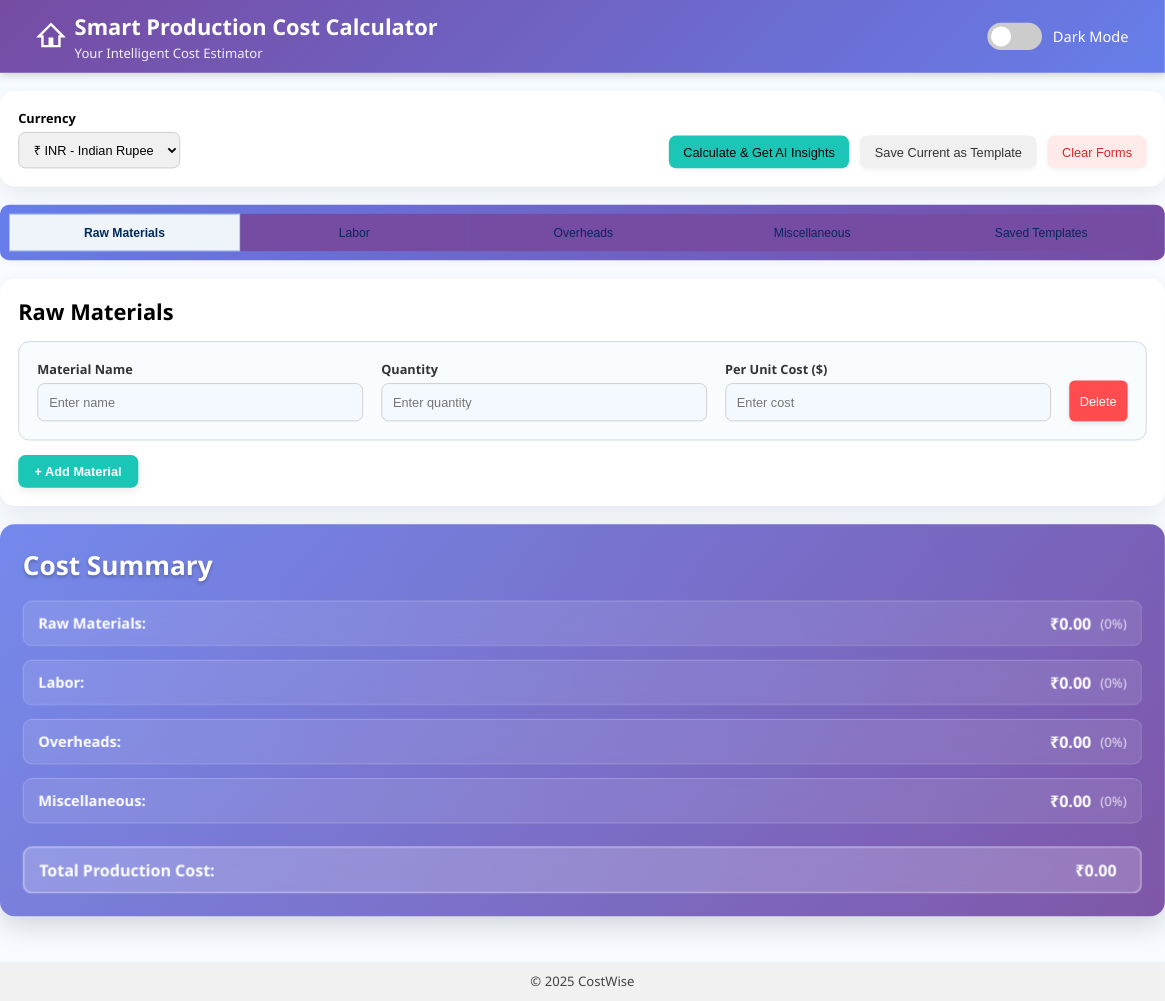
Repository: syntaxion25/COSTWISE
Page: index.html
The author's editor kept a copy of each file at every save. The page is drawn from the files as they stood at one save, then again after the next save.
The browser window is 1280 px wide. The pictures show the whole page, at 91% of full size.

Above is the page before, as saved 2025-06-13 19:35:41.
Console error: ReferenceError: savedTemplates is not defined

After the next save:
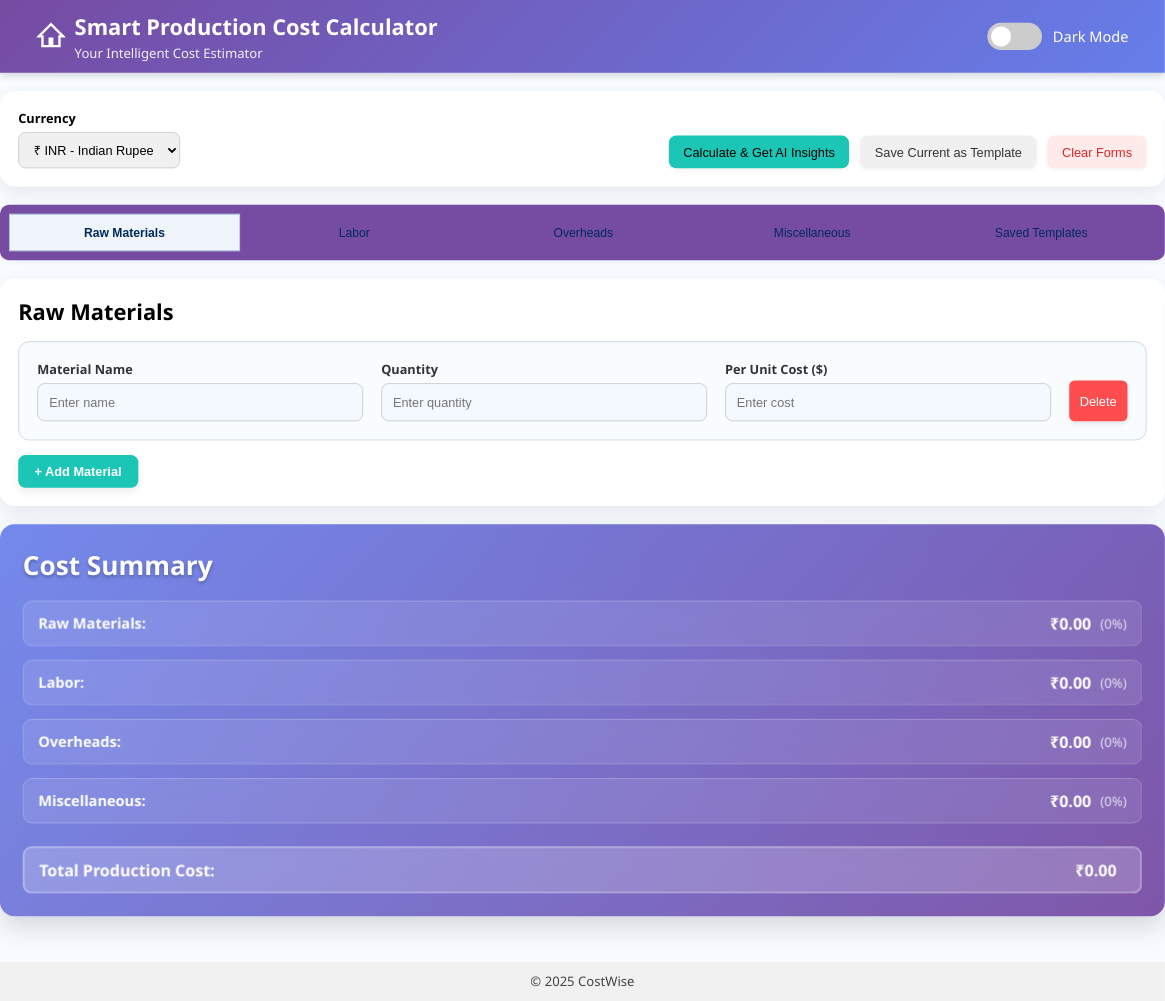
Saved 29 s later.
--- a/style.css
+++ b/style.css
@@ -257,7 +257,7 @@ svg {
 
 .tab-container {
   display: flex;
-  background: linear-gradient(135deg, #667eea 0%, #764ba2 100%);
+ background-color:  #764ba2;
   border-radius: 10px;
   padding: 10px;
   overflow-x: auto;
